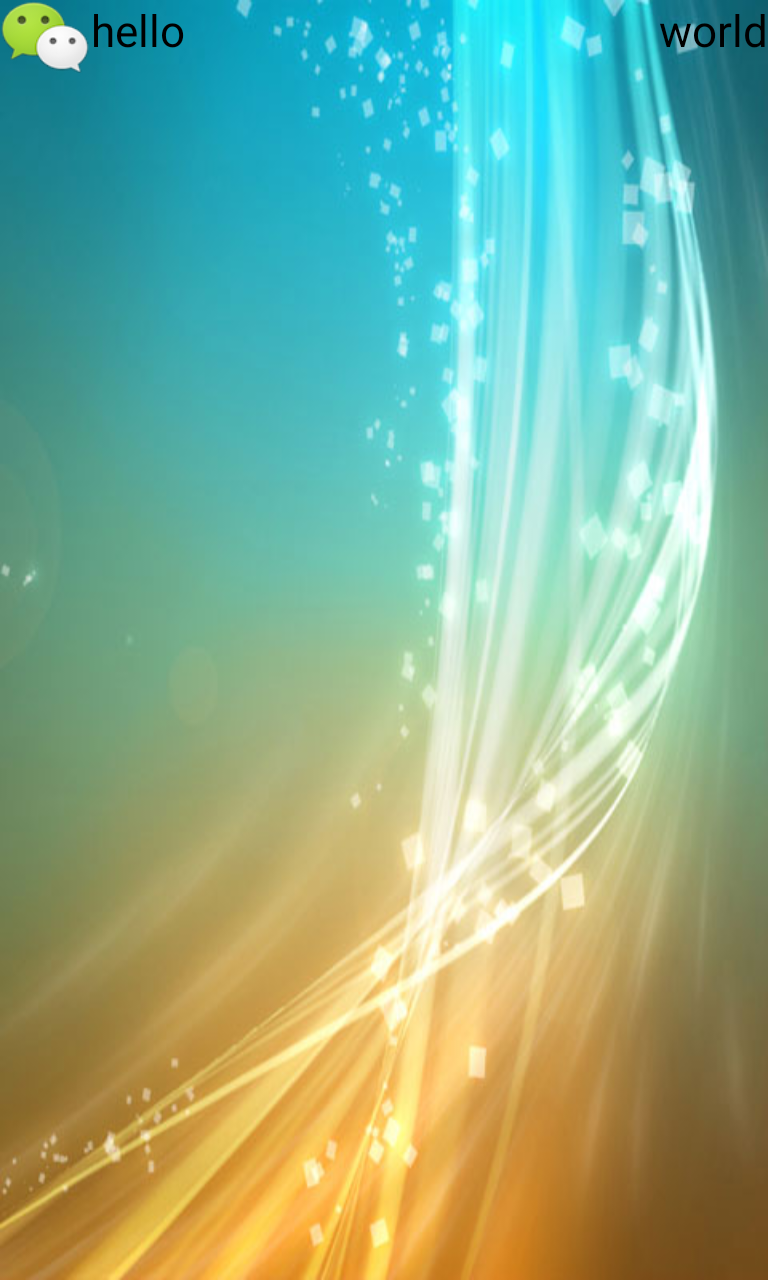
Repository: aojue/HappyAA
Layout: HappyAA/res/layout/tell_history.xml
These files come from the project's save history. The layout is drawn as it stood at one moment and after the next save; the edit follows.
It is drawn on a 768 x 1280 px phone screen (xhdpi) without system bars, with theme AppTheme; the app's code is not run. Lists and similar views that code fills are empty.

Above is the layout before, as saved 2014-10-25 13:51:50.

### HappyAA/res/layout/tell_history.xml
<?xml version="1.0" encoding="utf-8"?>
<FrameLayout xmlns:android="http://schemas.android.com/apk/res/android"
    xmlns:tools="http://schemas.android.com/tools"
    android:layout_width="match_parent"
    android:layout_height="match_parent"
    tools:context=".TellHistory"
    android:background="@drawable/ic_lb_a" >

    <ListView
    android:id="@+id/ls_message"
    android:layout_width="fill_parent"
    android:layout_height="fill_parent"
    android:layout_marginBottom="0dp"
  	android:layout_weight="1"
    android:scrollbarStyle="outsideOverlay"
	android:divider="@null"
    android:dividerHeight="4dp"
    android:transcriptMode="alwaysScroll"
    android:cacheColorHint="#00000000"
    android:listSelector="#00000000"
    />
    <ScrollView
        android:id="@+id/scrollView1"
        android:layout_width="match_parent"
        android:layout_height="match_parent" >

      <TableLayout
            android:layout_width="fill_parent"
            android:layout_height="fill_parent"
            android:orientation="vertical"
            android:stretchColumns="1">

            <TableRow
                android:id="@+id/tableRow1"
                android:layout_width="wrap_content"
                android:layout_height="wrap_content" >

                <ImageView
                    android:id="@+id/tellpic"
                    android:layout_width="wrap_content"
                    android:layout_height="wrap_content"
                    android:src="@drawable/copyright"
                    />
                <TextView
                    android:textAppearance="?android:attr/textAppearanceLarge"
                    android:id="@+id/tellname"
                    android:layout_width="wrap_content"
                    android:layout_height="wrap_content"
                    android:text="hello"/>

                 <TextView
                    android:textAppearance="?android:attr/textAppearanceLarge"
                    android:id="@+id/telldate"
                    android:layout_width="wrap_content"
                    android:layout_height="wrap_content"
              		android:text="world"/>
            </TableRow>

        </TableLayout>

    </ScrollView>

</FrameLayout>

Loaded but not shown: HappyAA/res/values/styles.xml (common file); HappyAA/res/values-v11/styles.xml (common file); HappyAA/res/values-v14/styles.xml (common file)

After the next save:
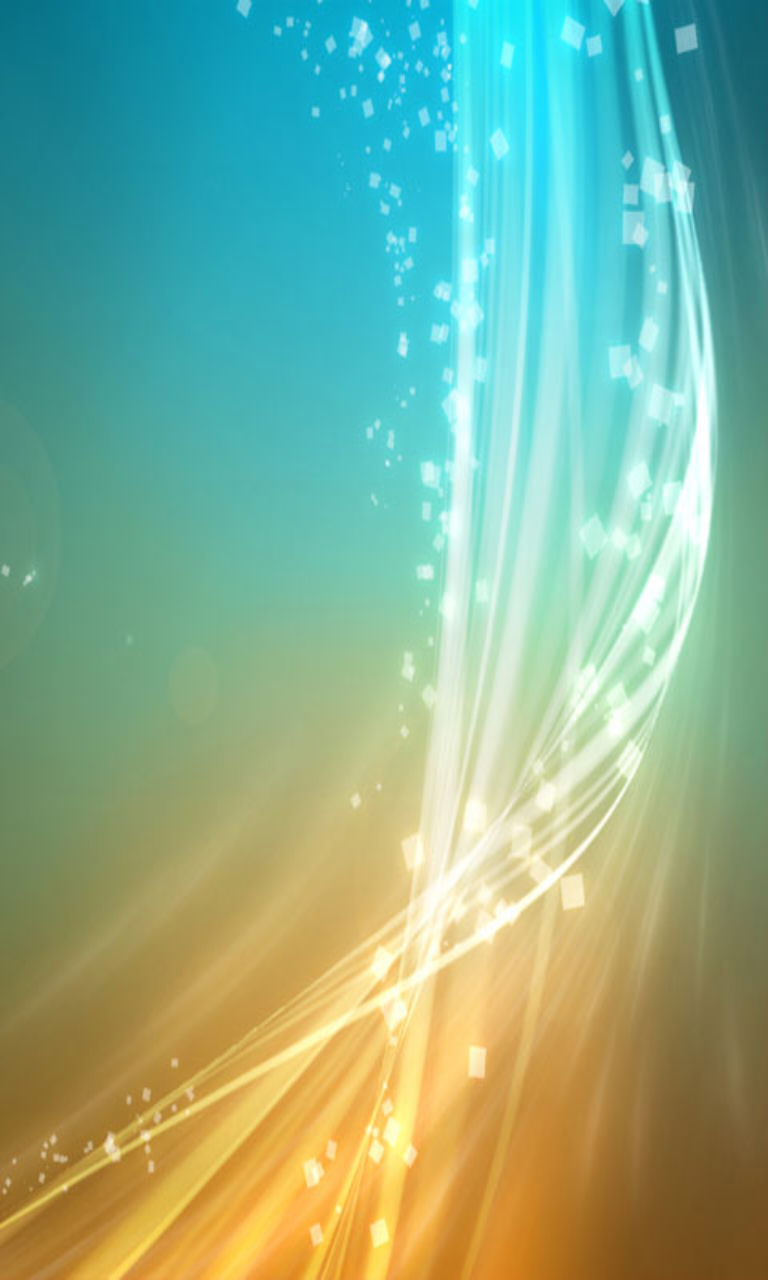
Saved 55 s later.
--- a/HappyAA/res/layout/tell_history.xml
+++ b/HappyAA/res/layout/tell_history.xml
@@ -39,21 +39,21 @@
                     android:id="@+id/tellpic"
                     android:layout_width="wrap_content"
                     android:layout_height="wrap_content"
-                    android:src="@drawable/copyright"
+
                     />
                 <TextView
                     android:textAppearance="?android:attr/textAppearanceLarge"
                     android:id="@+id/tellname"
                     android:layout_width="wrap_content"
                     android:layout_height="wrap_content"
-                    android:text="hello"/>
+                    />
 
                  <TextView
                     android:textAppearance="?android:attr/textAppearanceLarge"
                     android:id="@+id/telldate"
                     android:layout_width="wrap_content"
                     android:layout_height="wrap_content"
-              		android:text="world"/>
+              		/>
             </TableRow>
 
         </TableLayout>
